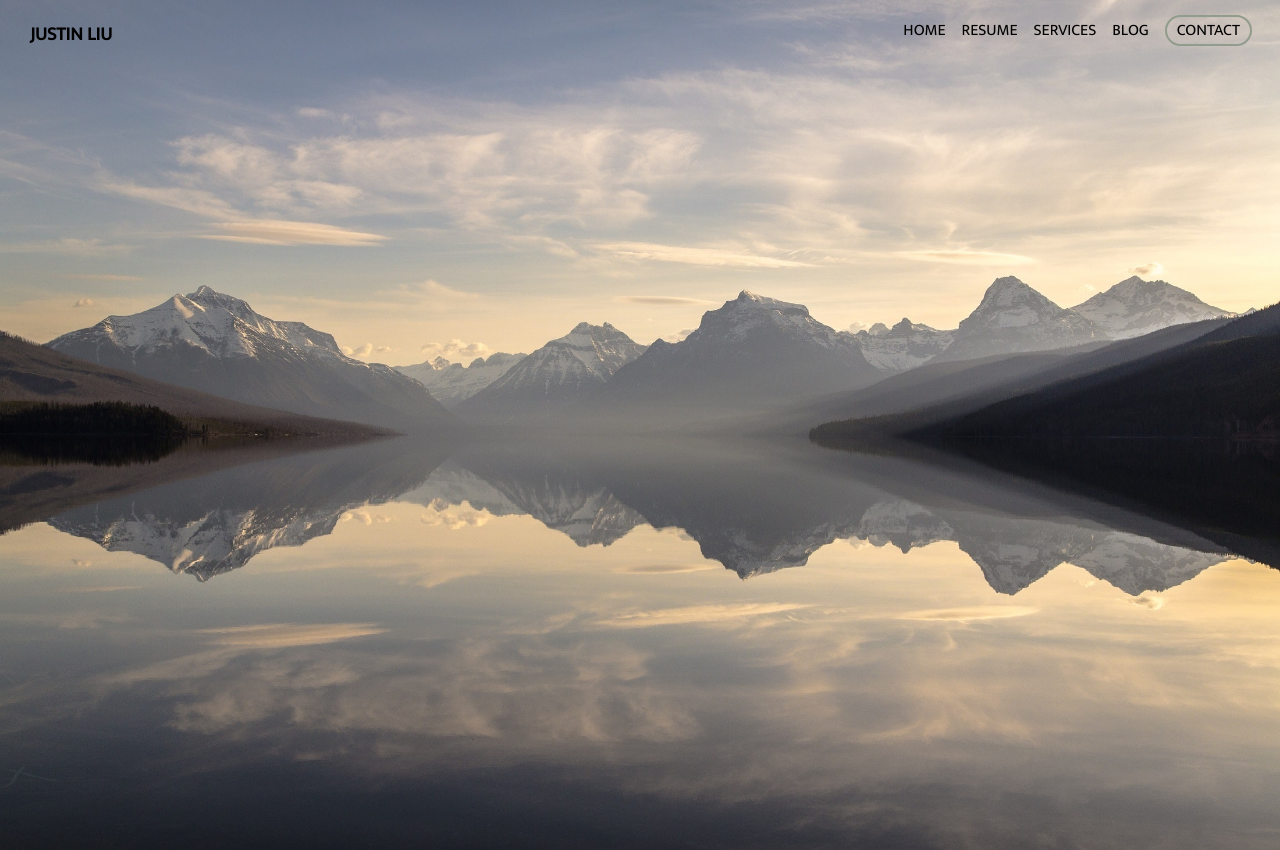
Repository: justinliu88/personal-projects
Page: index.html
An editor plug-in stored every save of this project. The page is shown before and after the next save, followed by the edit.
The browser window is 1280 px wide. The pictures show the whole page.
Some web libraries are served in a nearby version. The style sheet was rebuilt from its Sass, Less or Tailwind sources for each picture, by a compiler version that may differ from the author's.

Above is the page before, as saved 2020-03-17 10:53:56.

### index.html
<!DOCTYPE html>
<html lang="en">

<head>
    <meta charset="UTF-8">
    <meta name="viewport" content="width=device-width, initial-scale=1.0">
    <title>Personal Website</title>
    <link rel="stylesheet" href="main.css" type="text/css">
    <link rel="stylesheet" href="https://fonts.googleapis.com/css?family=Mukta&display=swap">
    <script src="http://ajax.googleapis.com/ajax/libs/jquery/1.7.1/jquery.min.js" type="text/javascript"></script>
    <script src="./main.js"></script>
</head>

<body>
    <nav class="container-navbar">
        <h3 class="container-navbar__name">JUSTIN LIU</h3>
        <ul class="container-navbar__options">
            <li class="container-navbar__options__buttons">
                <a class="container-navbar__options__link" href="#">HOME</a>
            </li>
            <li class="container-navbar__options__buttons">
                <a class="container-navbar__options__link" href="#">RESUME</a>
            </li>
            <li class="container-navbar__options__buttons">
                <a class="container-navbar__options__link" href="#">SERVICES</a>
            </li>
            <li class="container-navbar__options__buttons">
                <a class="container-navbar__options__link" href="#">BLOG</a>
            </li>
            <li class="container-navbar__options__buttons">
                <a id="contactLink" class="container-navbar__options__link" href="#">CONTACT</a>
            </li>
        </ul>
    </nav>



</body>

</html>

### main.scss
body {
    margin: 0px;
    background-image: url("./img/website-background.jpg");
    height: 850px;
    background-position: center;
    background-repeat: no-repeat;
    background-size: cover;
}

.container-navbar {
    width: auto;
    display: flex;
    flex-direction: row;
    justify-content: space-between;
    &__name {
        font-family: Mukta;
        text-align: center;
        align-items: center;
        padding-left: 30px;
    }
    &__options {
        height: 60px;
        display: flex;
        flex-direction: row;
        list-style: none;
        justify-content: flex-end;
        align-items: center;
        margin: 0px;
        padding-right: 20px;
        &__buttons {
            align-items: center;
            text-align: center;
            padding: 8px;
        }
        &__link {
            font-family: Mukta;
            text-decoration: none;
            transition: all 0.1s ease 0s;
            color: black;
            &:hover {
                color: #919c8c;
                border-bottom: 3px solid #919c8c;
            }
        }
        #contactLink {
            border: 2px solid #919c8c;
            border-radius: 20px;
            padding-left: 10px;
            padding-right: 10px;
        }
    }
}

Loaded but not shown: main.js (no stored copy; drawn as an empty file)

After the next save:
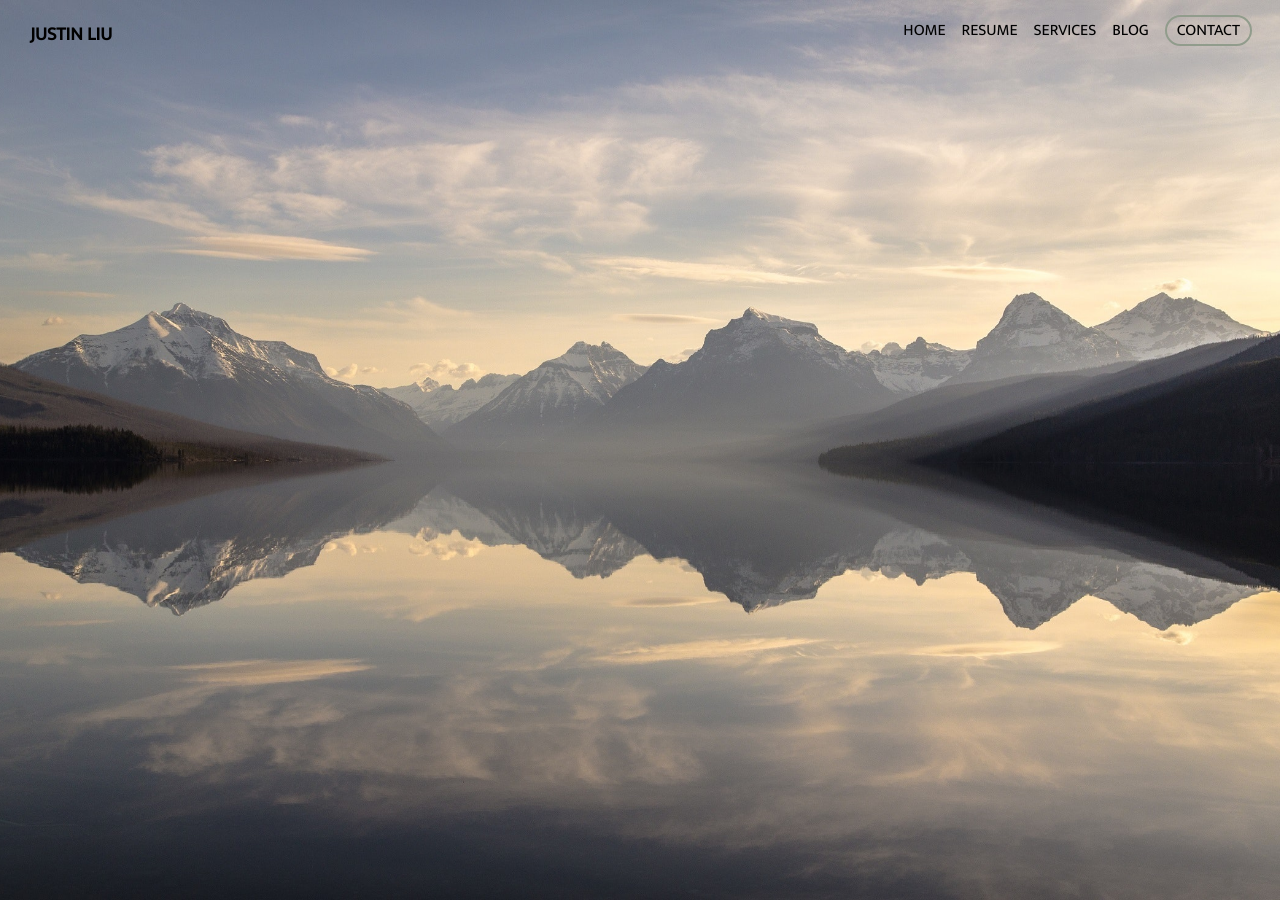
Saved 28 s later.
--- a/main.scss
+++ b/main.scss
@@ -1,7 +1,7 @@
 body {
     margin: 0px;
     background-image: url("./img/website-background.jpg");
-    height: 850px;
+    height: 900px;
     background-position: center;
     background-repeat: no-repeat;
     background-size: cover;
